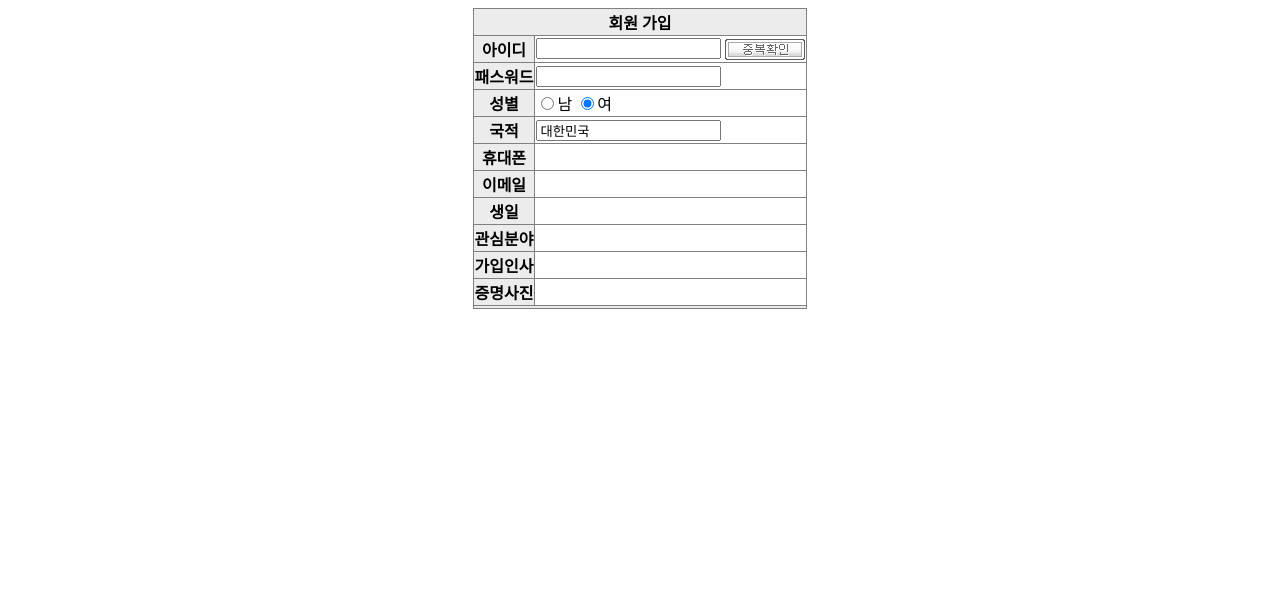
Repository: gyungmean/2020_2_webProgramming
Page: week2/week2/WebContent/Practice02/Practice02.html
These files come from the project's save history. The page is drawn as it stood at one moment and after the next save; the edit follows.
The browser window is 1280 px wide. The pictures show the whole page.

Above is the page before, as saved 2020-09-14 07:16:21.

After the next save:
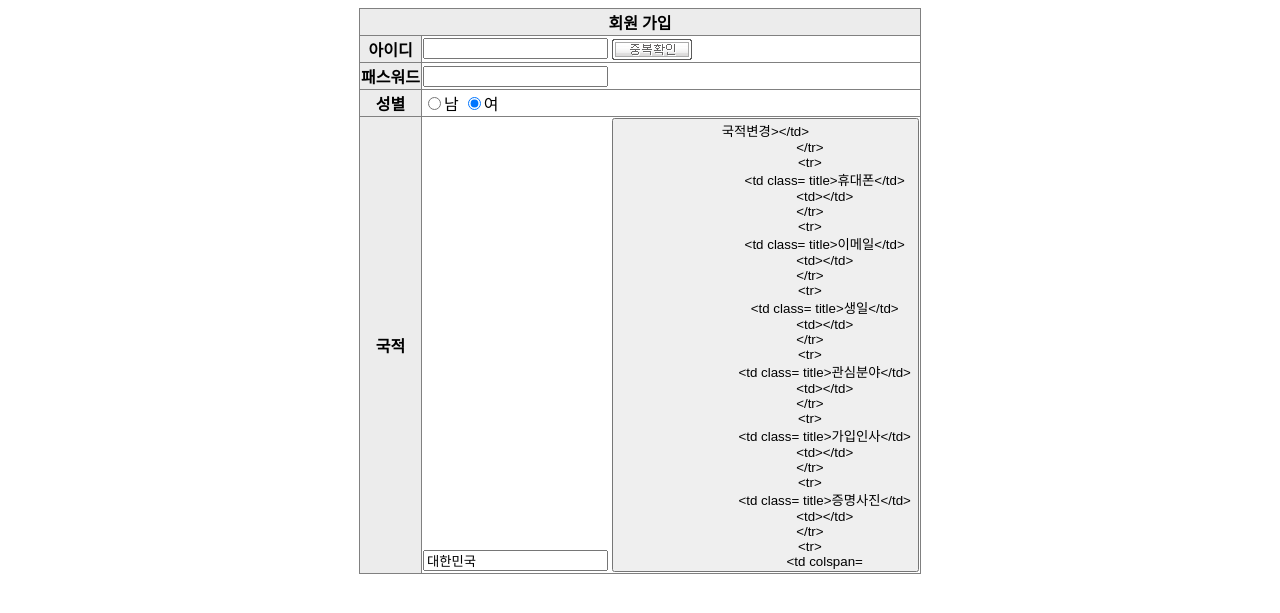
Saved 60 s later.
--- a/week2/week2/WebContent/Practice02/Practice02.html
+++ b/week2/week2/WebContent/Practice02/Practice02.html
@@ -38,7 +38,7 @@
 			</tr>
 			<tr>
 				<td class= title>국적</td>
-				<td><input type="text" readonly value="대한민국"></td>
+				<td><input type="text" readonly value="대한민국"> <input type="button" value="국적변경></td>
 			</tr>
 			<tr>
 				<td class= title>휴대폰</td>

After the save that followed:
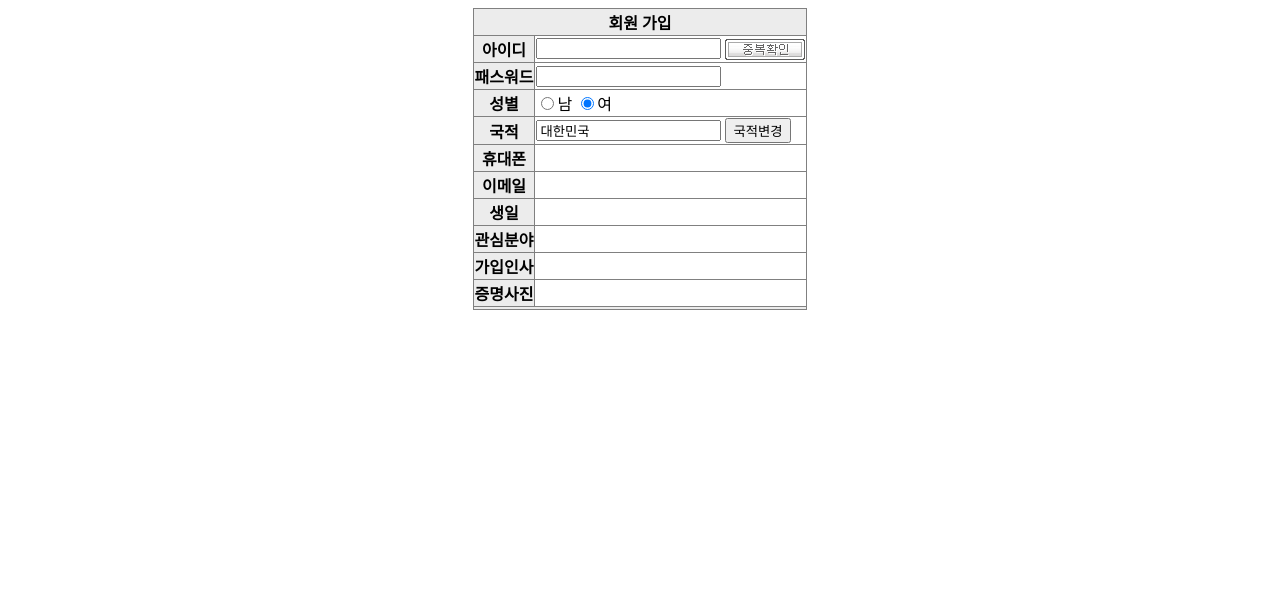
Saved 50 s later.
--- a/week2/week2/WebContent/Practice02/Practice02.html
+++ b/week2/week2/WebContent/Practice02/Practice02.html
@@ -38,7 +38,7 @@
 			</tr>
 			<tr>
 				<td class= title>국적</td>
-				<td><input type="text" readonly value="대한민국"> <input type="button" value="국적변경></td>
+				<td><input type="text" readonly value="대한민국"> <input type="button" value="국적변경"></td>
 			</tr>
 			<tr>
 				<td class= title>휴대폰</td>
